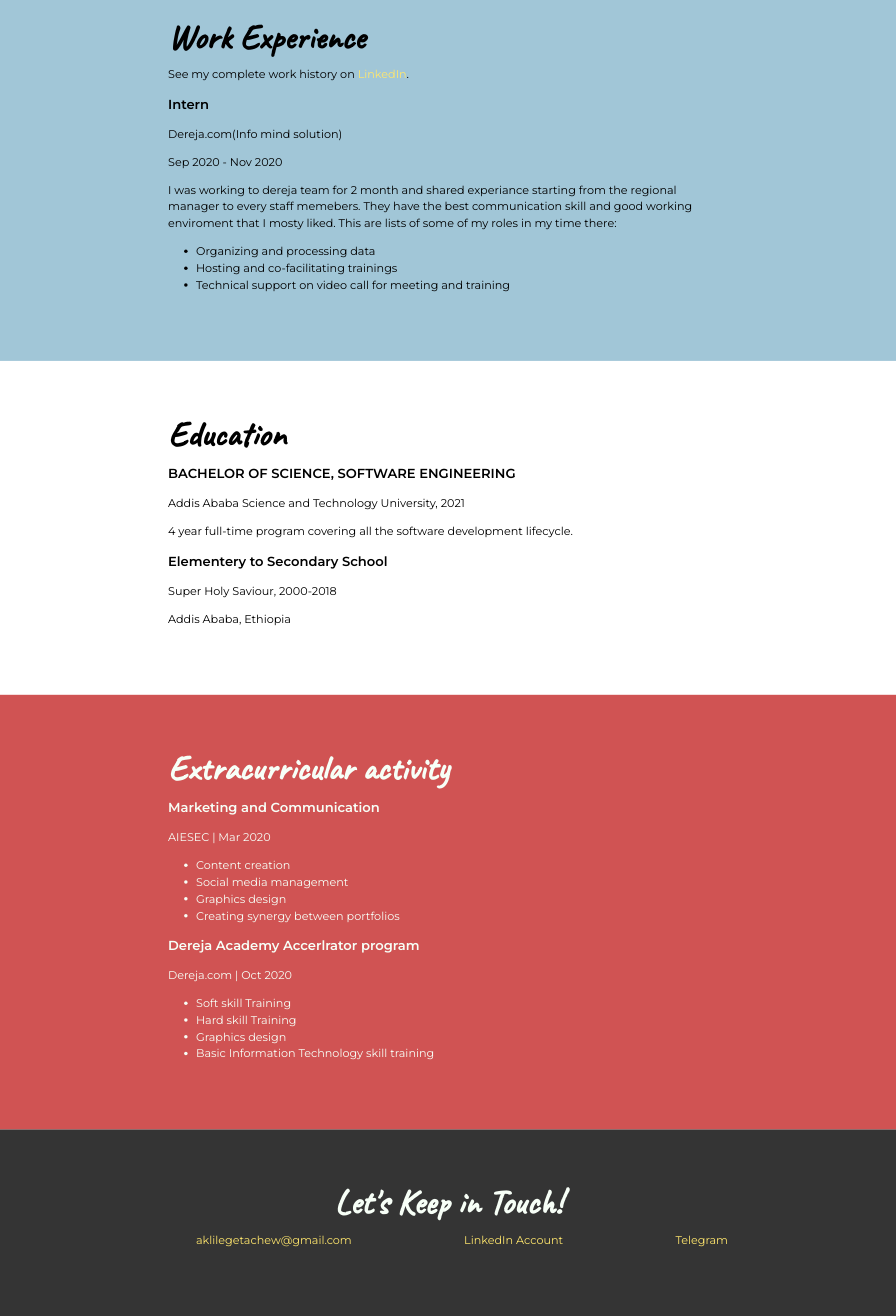
Repository: Aklilegetachew/my-Portfolio
Page: index.html
These files come from the project's save history. The page is drawn as it stood at one moment and after the next save; the edit follows.
The browser window is 1280 px wide. The pictures show the part of the page from y = 1461 to 3381 px (the page is 3341 px tall before and 3381 px after), at 70% of full size.

Above is the page before, as saved 2021-11-24 00:07:00.

After the next save:
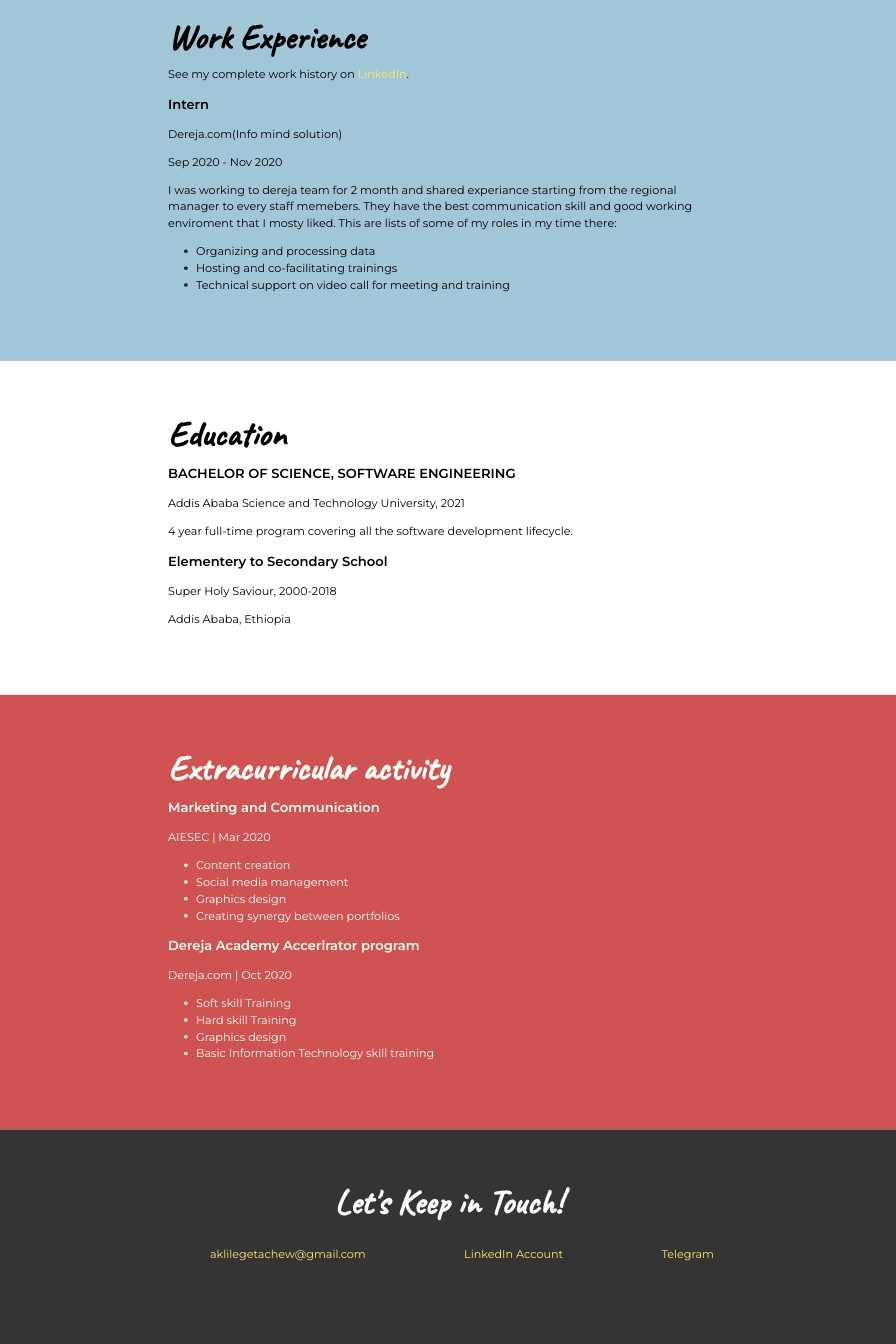
Saved 66 s later.
--- a/css/styles.css
+++ b/css/styles.css
@@ -134,3 +134,7 @@
     list-style-type: none;
     justify-content: space-between;
 }
+.contact-list a {
+    display: inline-block;
+    padding: 20px;
+}
